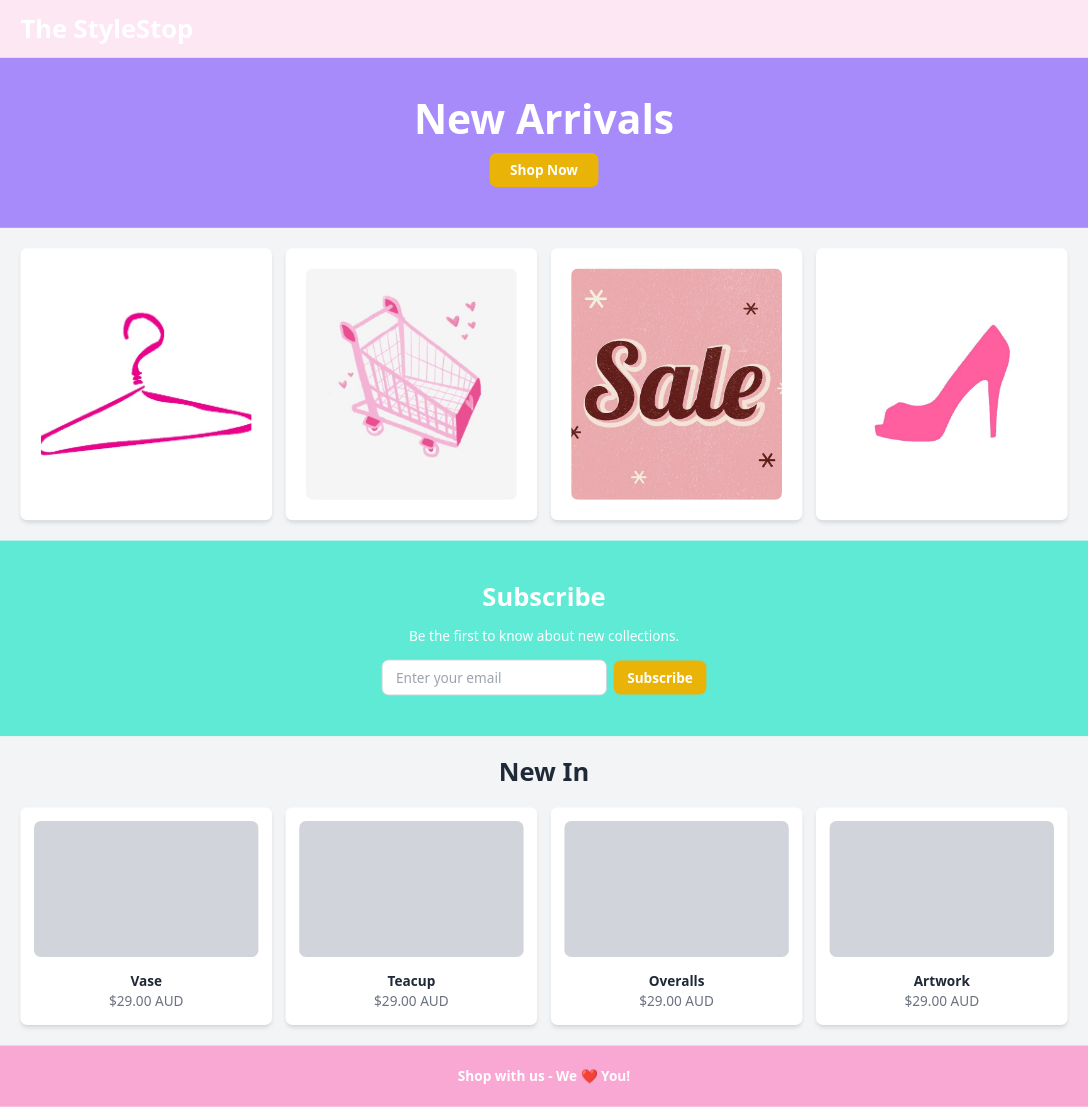
Repository: prathyushaa5/BuyYours
Page: / (app in Frontend/)
These files come from the project's save history. The page is drawn as it stood at one moment and after the next save; the edit follows.
The browser window is 1280 px wide. The pictures show the whole page, at 85% of full size.
The project was rebuilt for these pictures with package versions that can differ from the ones it lists, and the page was loaded fresh each time. Also part of the build but not shown: Frontend/vite.config.js, Frontend/src/components/Login.jsx, Frontend/src/components/Signup.jsx, Frontend/src/components/Home.jsx.

Above is the page before, as saved 2025-02-13 17:42:29.

### Frontend/src/App.jsx
import { BrowserRouter as Router, Routes, Route } from "react-router-dom";
import { useState } from "react";
import Main from "./components/Main";
import Login from "./components/Login";
import Signup from "./components/Signup";
import Home from "./components/Home";

export default function App() {
  const [token, setToken] = useState(null);

  const handleLogin = (userToken) => {
    setToken(userToken);
  };

  return (
    <Router>
      <Routes>
        {/* Show Main page first */}
        <Route path="/" element={<Main />} />

        {/* Login Page */}
        <Route path="/login" element={<Login onLogin={handleLogin} />} />

        {/* Signup Page */}
        <Route path="/signup" element={<Signup />} />

        {/* Home Page (Protected) */}
        <Route path="/home" element={token ? <Home /> : <Login onLogin={handleLogin} />} />
      </Routes>
    </Router>
  );
}

### Frontend/src/components/Main.jsx
import image1 from "../assets/cards/hanger.jpeg";
import image2 from "../assets/cards/pink.jpeg";
import image3 from "../assets/cards/sale.jpeg";
import image4 from "../assets/cards/shoes.jpeg";
import { useNavigate } from "react-router-dom";
export default function MainPage() {
  const navigate = useNavigate();
  return (
    <div className="bg-gray-100 min-h-screen text-gray-800">
      {/* Navbar */}
      <nav className="bg-pink-100 py-4 px-6 flex justify-between items-center">
        <h1 className="text-3xl font-bold text-white">The StyleStop</h1>
      </nav>

      {/* Hero Section */}
      <section className="flex flex-col items-center text-center py-12 bg-violet-400">
        <h2 className="text-5xl font-extrabold text-white mb-4">New Arrivals</h2>
        <button className="bg-yellow-500 px-6 py-2 text-white font-bold rounded-lg hover:bg-yellow-600" onClick={()=>navigate("/login")}>Shop Now</button>
      </section>

      {/* Categories (Replaced with Images) */}
      <div className="grid grid-cols-2 md:grid-cols-4 gap-4 p-6">
        {[image1, image2, image3, image4].map((image, index) => (
          <div key={index} className="bg-white p-6 text-center rounded-lg shadow-md h-80">
            <img src={image} alt={`Category ${index + 1}`} className="w-full h-full object-cover rounded-lg" />
          </div>
        ))}
      </div>

      {/* Subscribe Section */}
      <section className="bg-teal-300 text-center py-12">
        <h3 className="text-3xl font-extrabold text-white mb-4">Subscribe</h3>
        <p className="text-white">Be the first to know about new collections.</p>
        <input type="email" placeholder="Enter your email" className="mt-4 px-4 py-2 rounded-lg border border-gray-300" />
        <button className="ml-2 bg-yellow-500 px-4 py-2 text-white font-bold rounded-lg hover:bg-yellow-600">Subscribe</button>
      </section>

      {/* Products */}
      <section className="p-6">
        <h3 className="text-3xl font-bold text-center mb-6">New In</h3>
        <div className="grid grid-cols-2 md:grid-cols-4 gap-4">
          {["Vase", "Teacup", "Overalls", "Artwork"].map((product, index) => (
            <div key={index} className="bg-white p-4 rounded-lg shadow-md text-center">
              <div className="bg-gray-300 h-40 rounded-lg mb-4"></div>
              <p className="font-bold">{product}</p>
              <p className="text-gray-500">$29.00 AUD</p>
            </div>
          ))}
        </div>
      </section>

      {/* Footer */}
      <footer className="bg-pink-300 text-center py-6 text-white font-bold">
        Shop with us - We ❤️ You!
      </footer>
    </div>
  );
}

Loaded but not shown: Frontend/index.html (common file); Frontend/src/main.jsx (common file); Frontend/src/index.css (common file); Frontend/tailwind.config.js (common file)

After the next save:
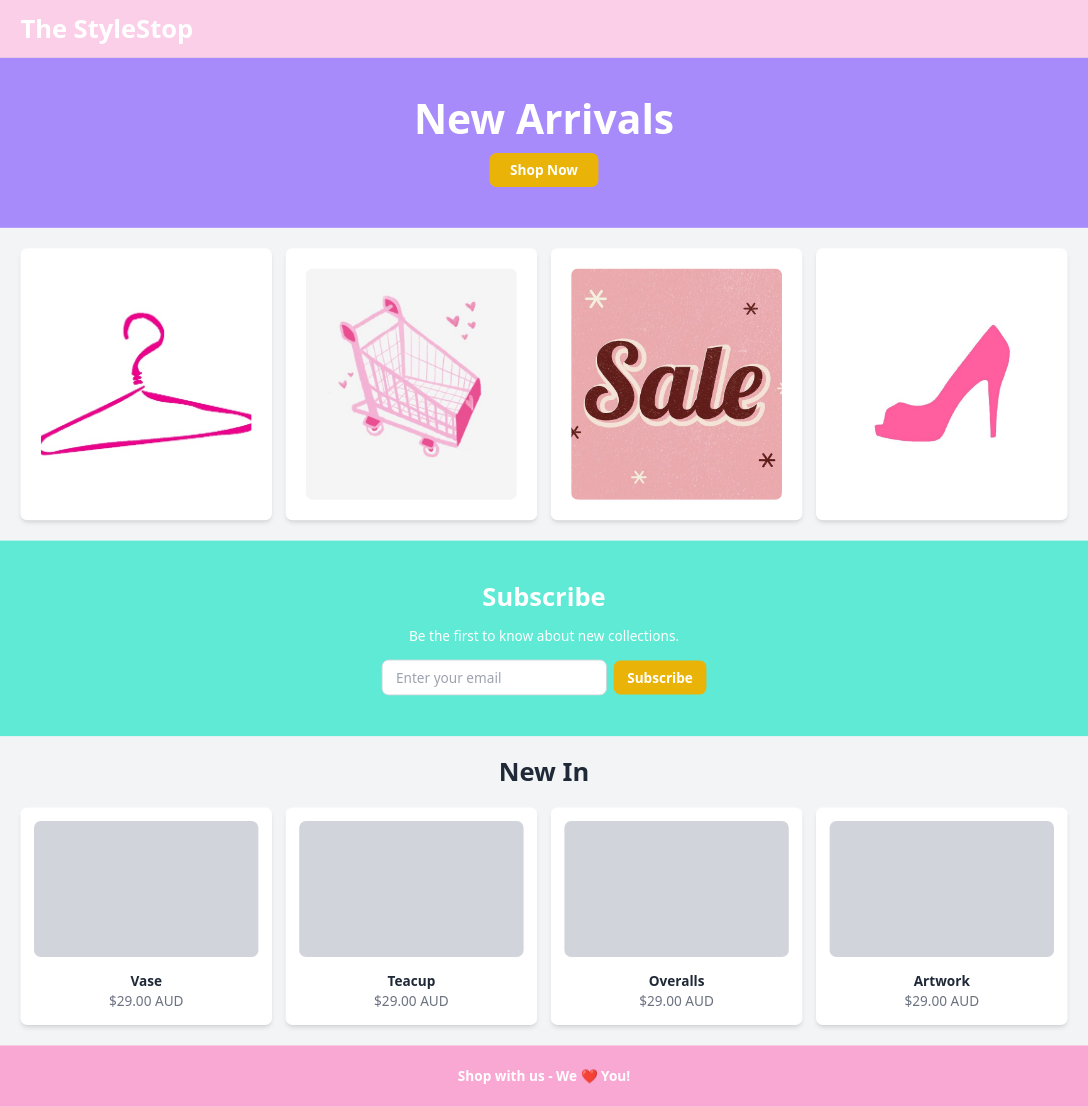
Saved 10 s later.
--- a/Frontend/src/components/Main.jsx
+++ b/Frontend/src/components/Main.jsx
@@ -8,7 +8,7 @@ export default function MainPage() {
   return (
     <div className="bg-gray-100 min-h-screen text-gray-800">
       {/* Navbar */}
-      <nav className="bg-pink-100 py-4 px-6 flex justify-between items-center">
+      <nav className="bg-pink-200 py-4 px-6 flex justify-between items-center">
         <h1 className="text-3xl font-bold text-white">The StyleStop</h1>
       </nav>
 
